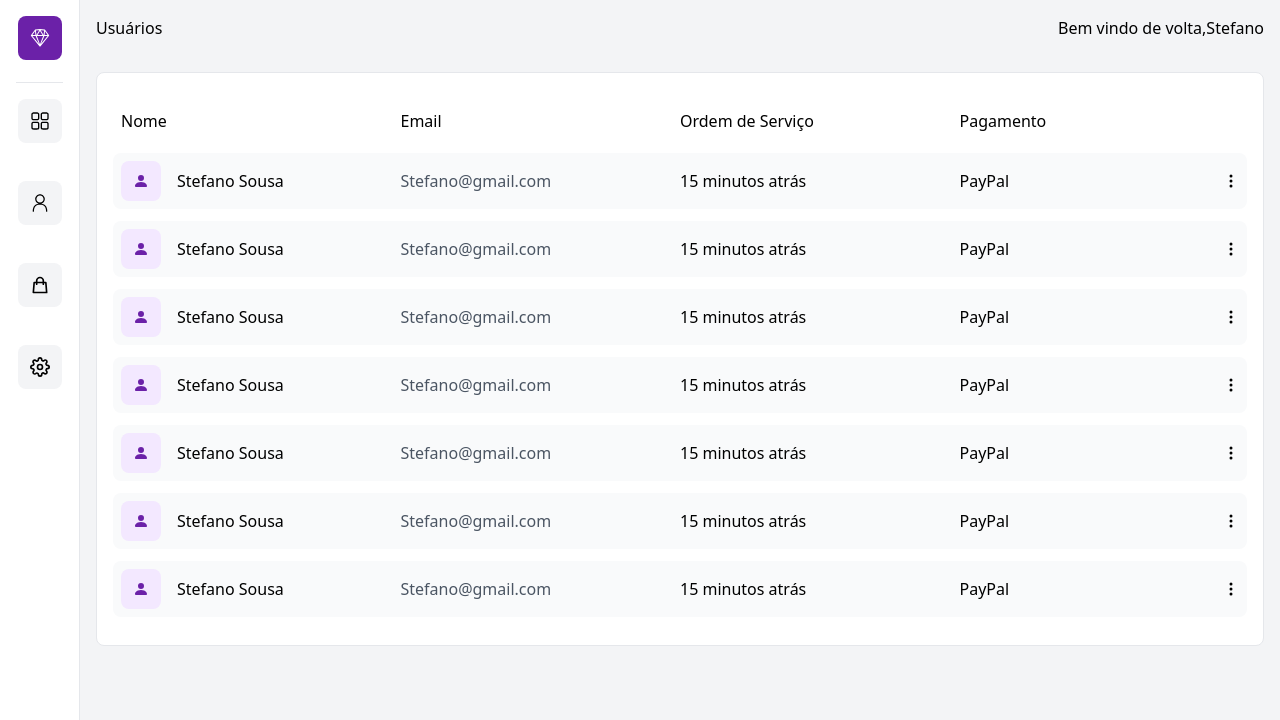
Repository: stefanosousaa/dashboard-next13
Page: /costumers
These files come from the project's save history. The page is drawn as it stood at one moment and after the next save; the edit follows.
The browser window is 1280 px wide. The pictures show the whole page.
The project was rebuilt for these pictures with package versions that can differ from the ones it lists, and the page was loaded fresh each time. The framework's server and built-in components were replaced by stand-ins that run in the browser. Also part of the build but not shown: next.config.js.

Above is the page before, as saved 2023-05-16 19:38:12.

### pages/_app.js
import Sidebar from '@/components/Sidebar'
import '@/styles/globals.css'

export default function App({ Component, pageProps }) {
  return (
    <Sidebar>
        <Component {...pageProps} />
    </Sidebar>

  )
}

### pages/costumers.jsx
import React from 'react'
import {BsPersonFill, BsThreeDotsVertical} from 'react-icons/bs'
import {data} from '../data/data.js'

const costumers = () => {
  return (
    <div className='bg-gray-100 min-h-screen'>
        <div className='flex justify-between p-4'>
            <h2>Usuários</h2>
            <h2>Bem vindo de volta,Stefano</h2>
        </div>
        <div className='p-4'>
            <div className='w-full m-auto p-4 border rounded-lg bg-white overflow-y-auto'>
              <div className='my-3 p-2 grid md:grid-cols-4 sm:grid-cols-3 grid-cols-2 items-center justify-between cursor-pointer'>
                <span>Nome</span>
                <span className='sm:text-left text-right'>Email</span>
                <span className='hidden md:grid'>Ordem de Serviço</span>
                <span className='hidden sm:grid'>Pagamento </span>
              </div>
              <ul>
                {data.map((order,id) => (
                    <li key={id} className='bg-gray-50 hover:bg-gray-100 rounded-lg my-3 p-2 grid md:grid-cols-4 sm:grid-cols-3 grid-cols-2 items-center justify-between cursor-pointer'>
                      <div className='flex items-center'>
                          <div className='bg-purple-100 p-3 rounded-lg'>
                             <BsPersonFill className='text-purple-800'/>
                           </div>
                           <p className='pl-4'>{order.name.first + ' ' + order.name.last}</p>
                      </div>
                      <p className='text-gray-600 sm:text-left text-right'>{order.name.first}@gmail.com</p>
                      <p className='hidden md:flex'>{order.date}</p>
                      <div className='sm:flex hidden justify-between items-center'>
                        <p>{order.method}</p>
                        <BsThreeDotsVertical/>
                      </div>
                    </li>
                ))}
              </ul>
            </div>
        </div>
    </div>
  )
}

export default costumers

### components/Sidebar.jsx
import Link from 'next/link'
import Image from 'next/image'
import React from 'react'
import {RxSketchLogo,RxDashboard, RxPerson} from 'react-icons/rx'
import {FiSettings} from 'react-icons/fi'
import {HiOutlineShoppingBag} from 'react-icons/hi'

const Sidebar = ({children}) => {
  return (
    <div className='flex'>
        <div className='fixed w-20 h-screen p-4 bg-white border-r-[1px] flex flex-col justify-between'>
        <div className='flex flex-col items-center'>

          <Link href='/'>
            <div className='bg-purple-800 text-white p-3 rounded-lg inline-block'>
              <RxSketchLogo size={20}/>
            </div>
          </Link>
          <span className='border-b-[1px] border-gray-200 w-full p-2'></span>
          <Link href='/'>
            <div className='bg-gray-100 hover:bg-gray-200 cursor-pointer my-4 p-3 rounded-lg inline-block'>
              <RxDashboard size={20}/>
            </div>
          </Link>
          <Link href='/costumers'>
            <div className='bg-gray-100 hover:bg-gray-200 cursor-pointer my-4 p-3 rounded-lg inline-block'>
              <RxPerson size={20}/>
            </div>
          </Link>
          <Link href='/orders'>
            <div className='bg-gray-100 hover:bg-gray-200 cursor-pointer my-4 p-3 rounded-lg inline-block'>
              <HiOutlineShoppingBag size={20}/>
            </div>
          </Link>
          <Link href='/'>
            <div className='bg-gray-100 hover:bg-gray-200 cursor-pointer my-4 p-3 rounded-lg inline-block'>
              <FiSettings size={20}/>
            </div>
          </Link>
        </div>
        </div>

        <main className='ml-20 w-full'>{children}</main>
    </div>
  )
}

export default Sidebar

### data/data.js
export const data = [
    {
        id:1,
        name: {
            first: 'Stefano',
            last: 'Sousa',
        },
        total: 2147.00,
        status: 'On Hold',
        method: 'PayPal',
        date: '15 minutos atrás',
    },
    {
        id:2,
        name: {
            first: 'Stefano',
            last: 'Sousa',
        },
        total: 2147.00,
        status: 'On Hold',
        method: 'PayPal',
        date: '15 minutos atrás',
    },
    {
        id:3,
        name: {
            first: 'Stefano',
            last: 'Sousa',
        },
        total: 2147.00,
        status: 'On Hold',
        method: 'PayPal',
        date: '15 minutos atrás',
    },
    {
        id:4,
        name: {
            first: 'Stefano',
            last: 'Sousa',
        },
        total: 2147.00,
        status: 'On Hold',
        method: 'PayPal',
        date: '15 minutos atrás',
    },
    {
        id:5,
        name: {
            first: 'Stefano',
            last: 'Sousa',
        },
        total: 2147.00,
        status: 'On Hold',
        method: 'PayPal',
        date: '15 minutos atrás',
    },
    {
        id:6,
        name: {
            first: 'Stefano',
            last: 'Sousa',
        },
        total: 2147.00,
        status: 'On Hold',
        method: 'PayPal',
        date: '15 minutos atrás',
    },
    {
        id:7,
        name: {
            first: 'Stefano',
            last: 'Sousa',
        },
        total: 2147.00,
        status: 'On Hold',
        method: 'PayPal',
        date: '15 minutos atrás',
    },
]

Loaded but not shown: pages/_document.js (common file); styles/globals.css (common file); tailwind.config.js (common file)

After the next save:
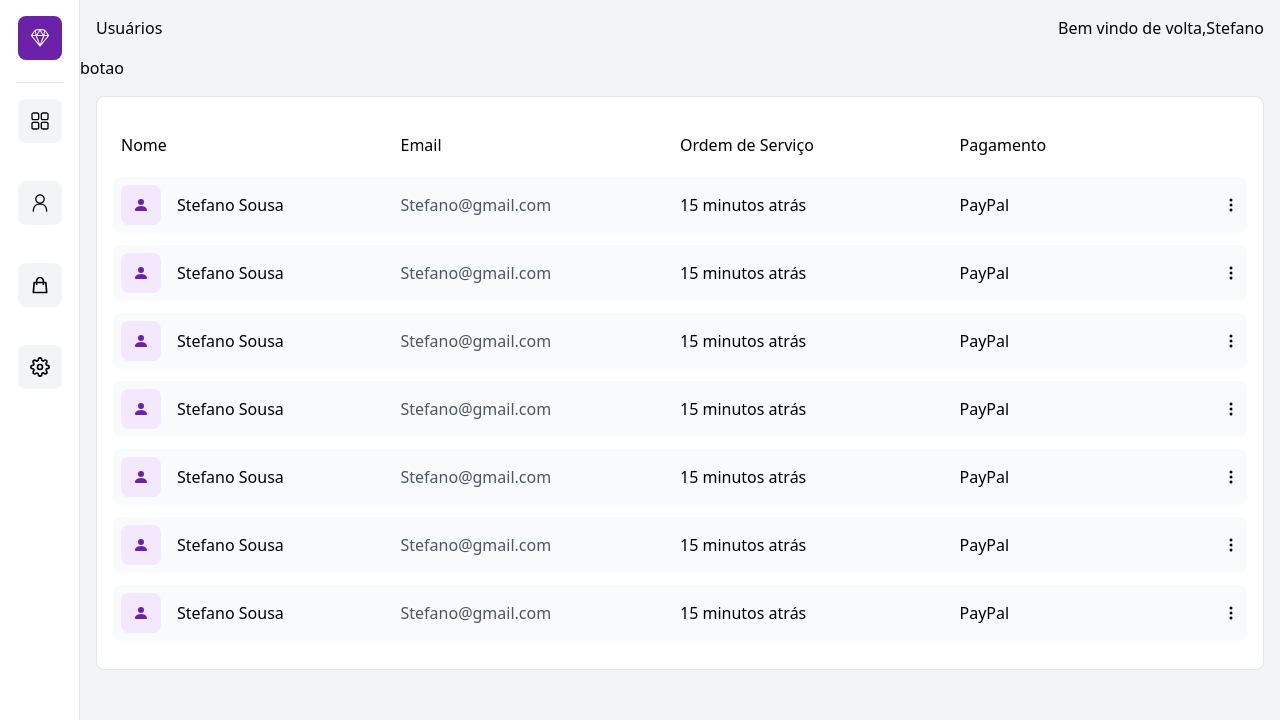
Saved 46 h 13 min later.
--- a/pages/costumers.jsx
+++ b/pages/costumers.jsx
@@ -9,6 +9,7 @@ const costumers = () => {
             <h2>Usuários</h2>
             <h2>Bem vindo de volta,Stefano</h2>
         </div>
+        <div>botao</div>
         <div className='p-4'>
             <div className='w-full m-auto p-4 border rounded-lg bg-white overflow-y-auto'>
               <div className='my-3 p-2 grid md:grid-cols-4 sm:grid-cols-3 grid-cols-2 items-center justify-between cursor-pointer'>
